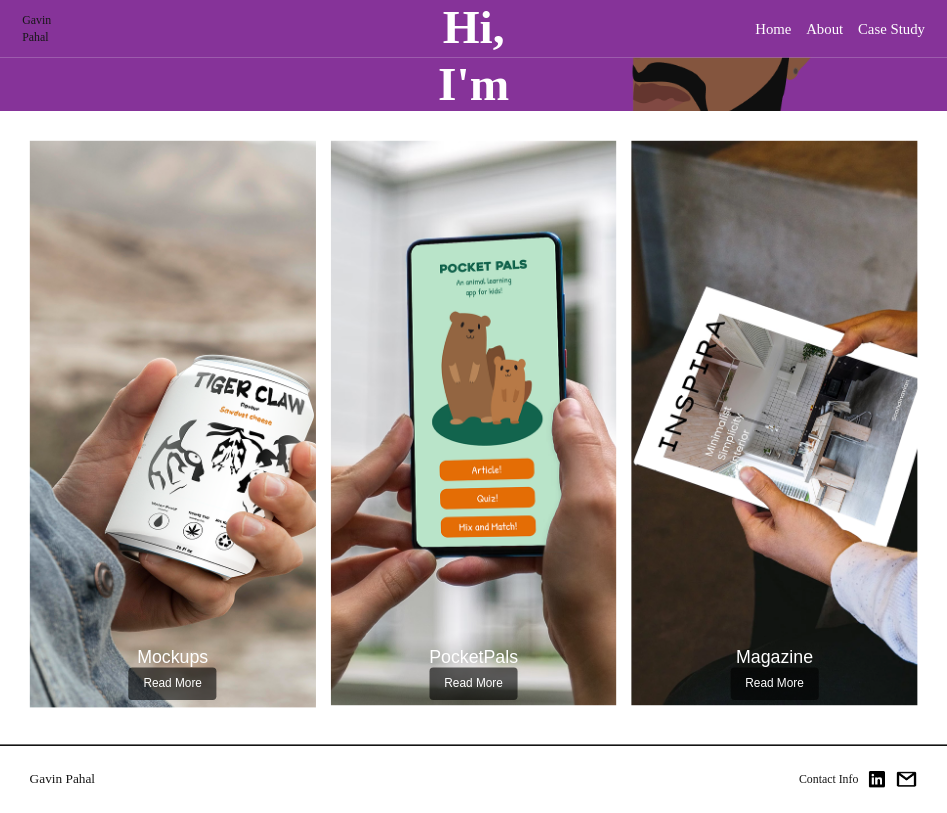
Repository: GavinPahal/portfolios
Page: /Home
An editor plug-in stored every save of this project. The page is shown before and after the next save, followed by the edit.
The browser window is 1280 px wide. The pictures show the whole page, at 74% of full size.
The project was rebuilt for these pictures with package versions that can differ from the ones it lists, and the page was loaded fresh each time. The framework's server and built-in components were replaced by stand-ins that run in the browser. Also part of the build but not shown: next.config.mjs, components/BackToTop/BackToTop.module.css.

Above is the page before, as saved 2025-02-06 14:00:34.

After the next save:
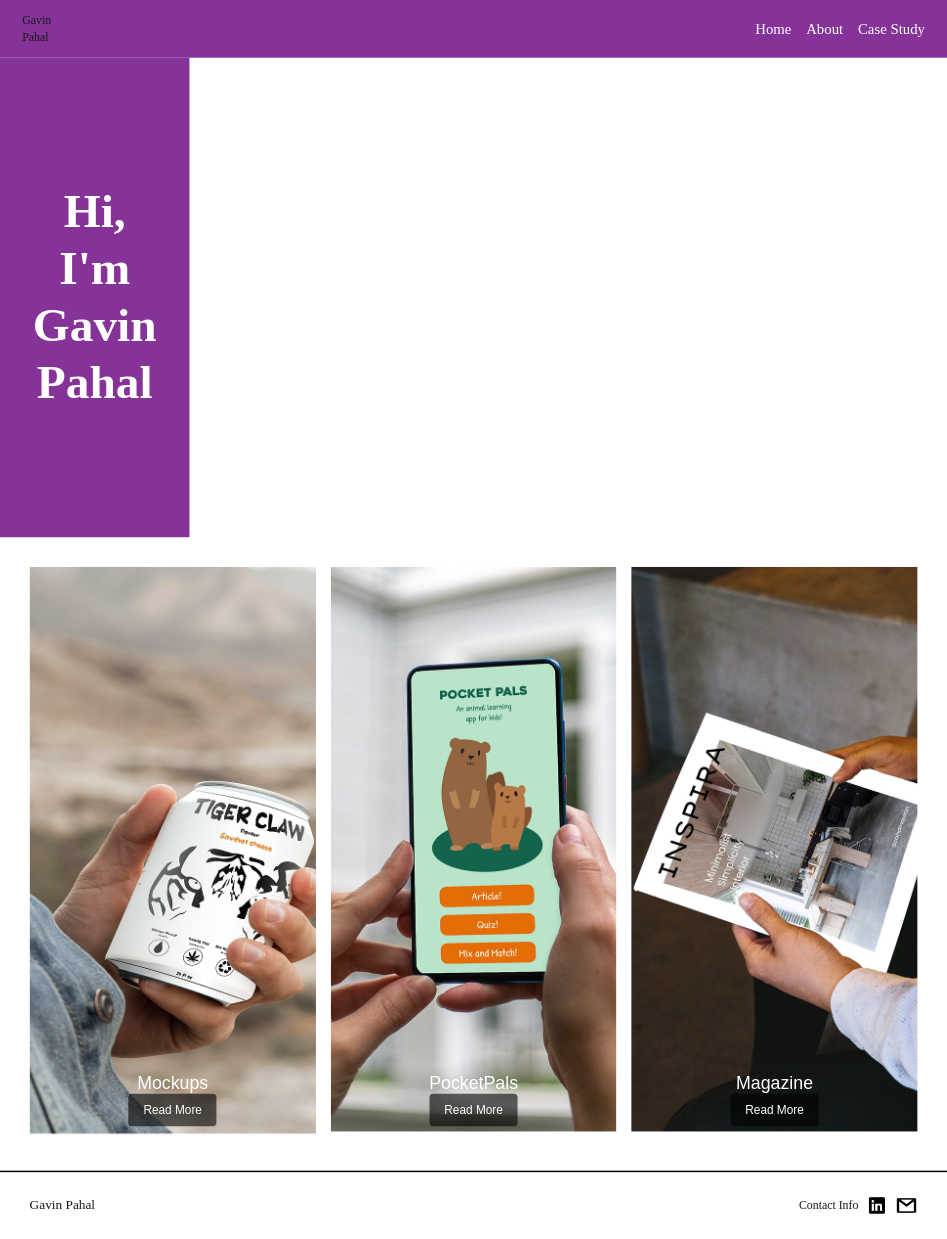
Saved 8 s later.
--- a/components/HeroSection/HeroSection.module.css
+++ b/components/HeroSection/HeroSection.module.css
@@ -1,7 +1,7 @@
 .hero {
     position: relative;
-    width: 100%;
-    height: 10vh;
+    width:20%;
+    height: 90vh;
     display: flex;
     align-items: center;
     justify-content: center;
